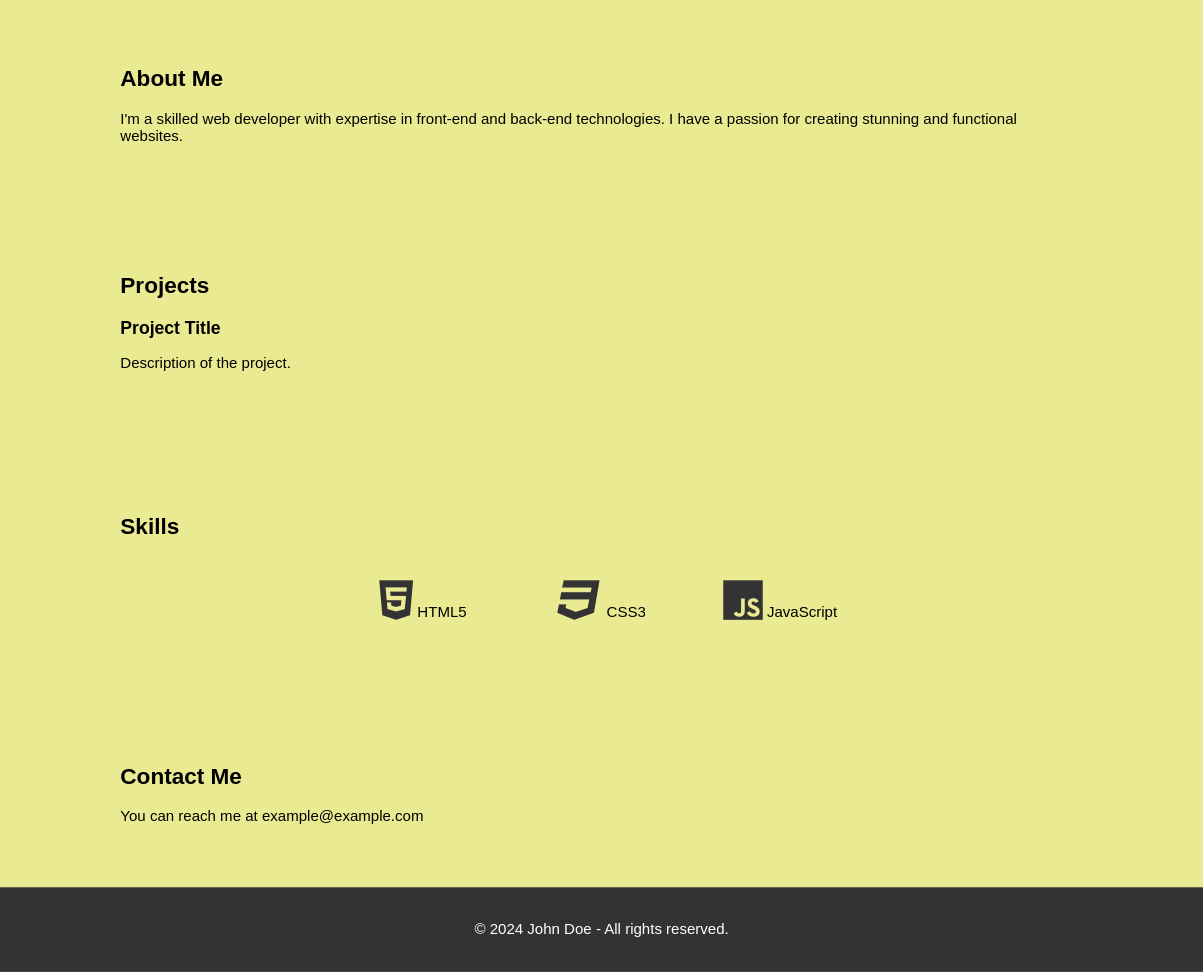
Repository: JaswanthT1/Portfolio
Page: index.html
These files come from the project's save history. The page is drawn as it stood at one moment and after the next save; the edit follows.
The browser window is 1280 px wide. The pictures show the part of the page from y = 718 to 1752 px (the page is 1752 px tall), at 94% of full size.

Above is the page before, as saved 2024-04-25 08:37:02.
Not found: script.js

### index.html
<!DOCTYPE html>
<html lang="en">
  <head>
    <meta charset="UTF-8" />
    <meta name="viewport" content="width=device-width, initial-scale=1.0" />
    <title>My Premium Portfolio</title>
    <link rel="stylesheet" href="style.css" />
    <link
      rel="stylesheet"
      href="https://cdnjs.cloudflare.com/ajax/libs/font-awesome/5.15.4/css/all.min.css"
    />
  </head>
  <body>
    <header>
      <div class="container">
        <h1>John Doe</h1>
        <nav>
          <ul>
            <li><a href="#about">About</a></li>
            <li><a href="#projects">Projects</a></li>
            <li><a href="#skills">Skills</a></li>
            <li><a href="#contact">Contact</a></li>
          </ul>
        </nav>
      </div>
    </header>

    <section id="hero">
      <div class="hero-content">
        <h2>Welcome to My Premium Portfolio</h2>
        <p>I'm a passionate developer ready to bring your projects to life.</p>
        <a href="#contact" class="btn">Hire Me</a>
      </div>
    </section>

    <section id="about">
      <div class="container">
        <h2>About Me</h2>
        <p>
          I'm a skilled web developer with expertise in front-end and back-end
          technologies. I have a passion for creating stunning and functional
          websites.
        </p>
      </div>
    </section>

    <section id="projects">
      <div class="container">
        <h2>Projects</h2>
        <div class="project">
          <h3>Project Title</h3>
          <p>Description of the project.</p>
        </div>
        <!-- Add more projects here -->
      </div>
    </section>

    <section id="skills">
      <div class="container">
        <h2>Skills</h2>
        <div class="skills">
          <div class="skill">
            <i class="fab fa-html5"></i>
            <span>HTML5</span>
          </div>
          <div class="skill">
            <i class="fab fa-css3"></i>
            <span>CSS3</span>
          </div>
          <div class="skill">
            <i class="fab fa-js"></i>
            <span>JavaScript</span>
          </div>
          <!-- Add more skills here -->
        </div>
      </div>
    </section>

    <section id="contact">
      <div class="container">
        <h2>Contact Me</h2>
        <p>You can reach me at example@example.com</p>
      </div>
    </section>

    <footer>
      <div class="container">
        <p>&copy; 2024 John Doe - All rights reserved.</p>
      </div>
    </footer>

    <script src="script.js"></script>
  </body>
</html>

### style.css
/* Basic styles */

body {
  font-family: Arial, sans-serif;
  margin: 0;
  padding: 0;
  background-color: rgb(234, 234, 147);
}

.container {
  width: 80%;
  margin: 0 auto;
}

header {
  background-color: #333;
  color: #d72e2e;
  padding: 20px 0;
}

header h1 {
  margin: 0;
}

nav ul {
  list-style: none;
  padding: 0;
}

nav ul li {
  display: inline;
  margin-right: 20px;
}

nav ul li a {
  color: #fff;
  text-decoration: none;
}

section {
  padding: 50px 0;
}

/* Hero section styles */

#hero {
  background-image: url("hero-bg.jpg");
  background-size: cover;
  background-position: center;
  color: #fff;
  text-align: center;
  padding: 200px 0;
}

.hero-content {
  max-width: 600px;
  margin: 0 auto;
}

.hero-content h2 {
  font-size: 36px;
  margin-bottom: 20px;
}

.hero-content p {
  font-size: 18px;
  margin-bottom: 40px;
}

.btn {
  display: inline-block;
  background-color: #333;
  color: #fff;
  padding: 10px 20px;
  text-decoration: none;
  border-radius: 5px;
}

.btn:hover {
  background-color: #555;
}

/* Project section styles */

.project {
  margin-bottom: 30px;
}

.project h3 {
  margin-top: 0;
}

/* Skills section styles */

.skills {
  display: flex;
  flex-wrap: wrap;
  justify-content: center;
}

.skill {
  text-align: center;
  margin: 0 20px;
  padding: 20px 0;
  width: 150px;
}

.skill i {
  font-size: 48px;
  margin-bottom: 10px;
  color: #333;
}

/* Footer styles */

footer {
  background-color: #333;
  color: #fff;
  text-align: center;
  padding: 20px 0;
}

After the next save:
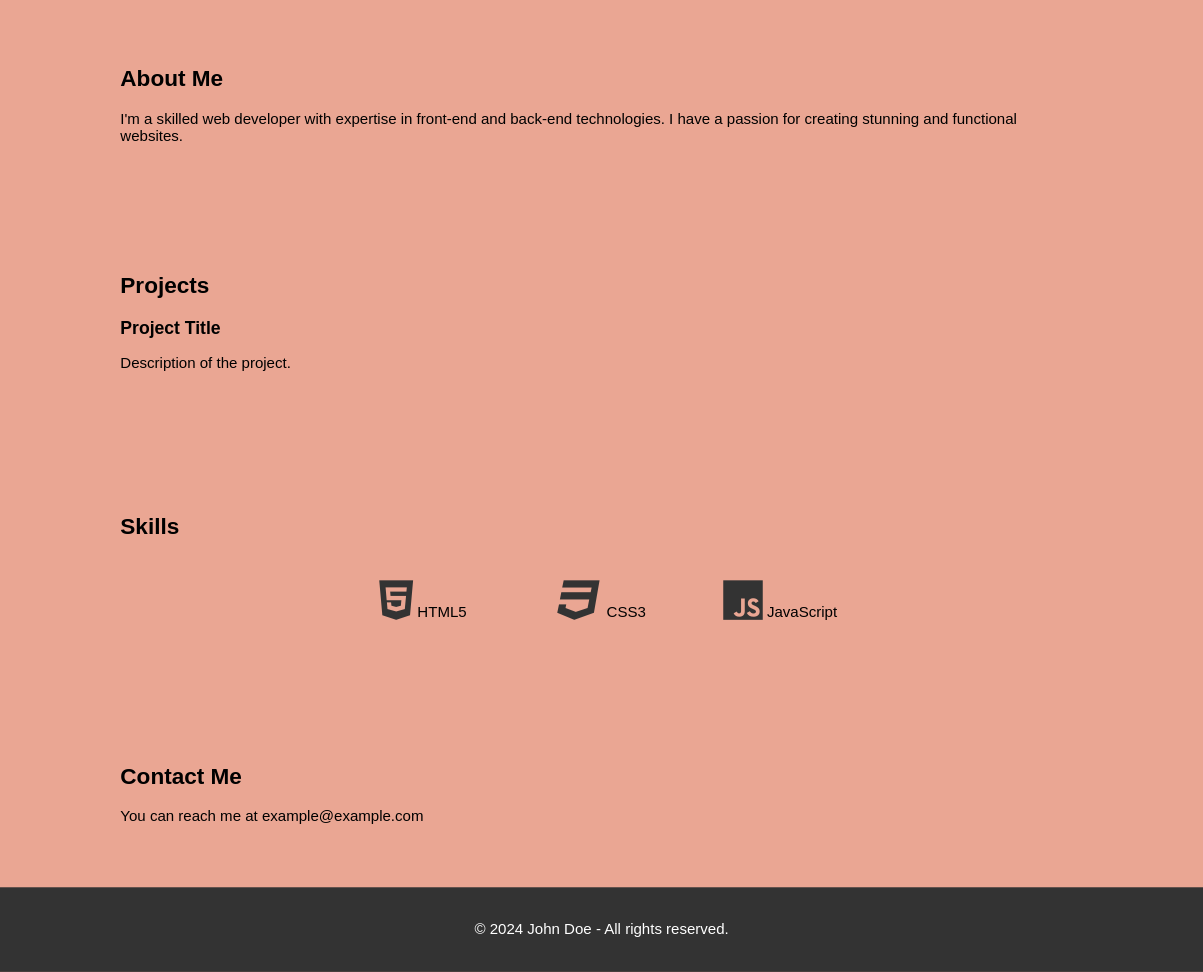
Saved 6 s later.
--- a/style.css
+++ b/style.css
@@ -4,7 +4,7 @@ body {
   font-family: Arial, sans-serif;
   margin: 0;
   padding: 0;
-  background-color: rgb(234, 234, 147);
+  background-color: rgb(234, 166, 147);
 }
 
 .container {
